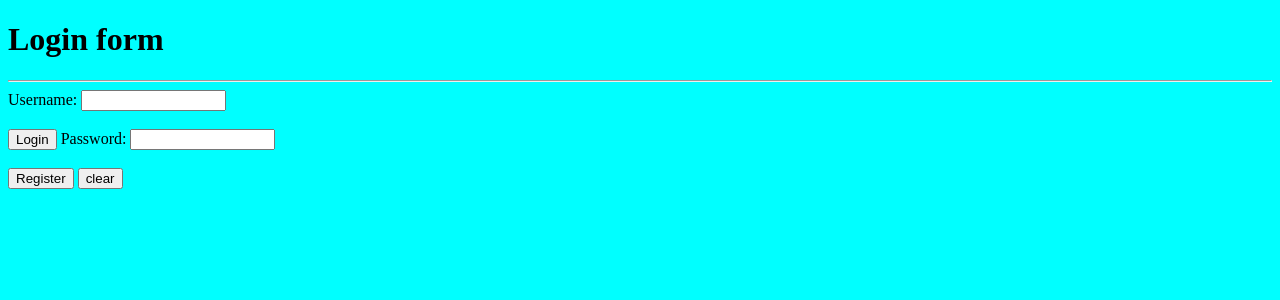
Repository: HariniBhuvana/Day8
Page: LogInApp/WebContent/Regestration.html
An editor plug-in stored every save of this project. The page is shown before and after the next save, followed by the edit.
The browser window is 1280 px wide. The pictures show the whole page.

Above is the page before, as saved 2018-09-05 10:27:26.

After the next save:
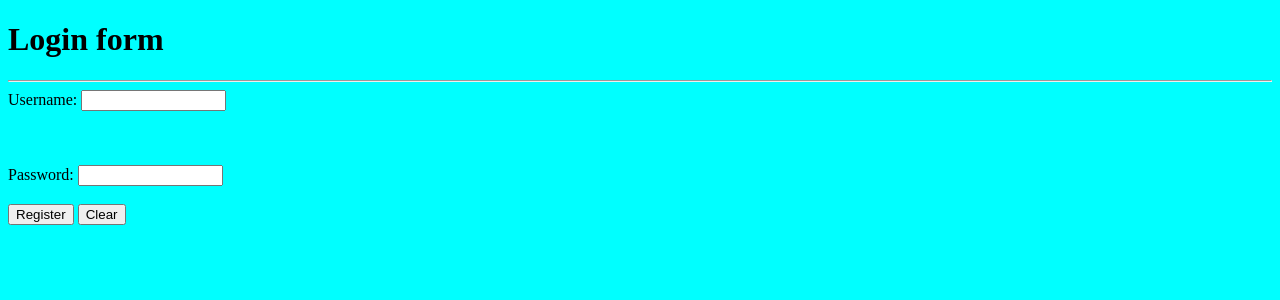
Saved 46 s later.
--- a/LogInApp/WebContent/Regestration.html
+++ b/LogInApp/WebContent/Regestration.html
@@ -10,13 +10,14 @@
 <hr>
 <form action="login" method="post">
 <label>Username:</label>
-<input type="text" name="username" size="15"/><br><br>
-<input type="submit" value="Login"/>
-
+<input type="text" name="username" size="15"/>
+<br><br>
+<br><br>
 <label>Password:</label>
-<input type="password" name="password" size="15"/><br><br>
+<input type="password" name="password" size="15"/>
+<br><br>
 <input type="submit" value="Register"/>
-<input type="reset" value="clear"/>
+<input type="reset" value="Clear"/>
 <br><br>
 
 </form>
